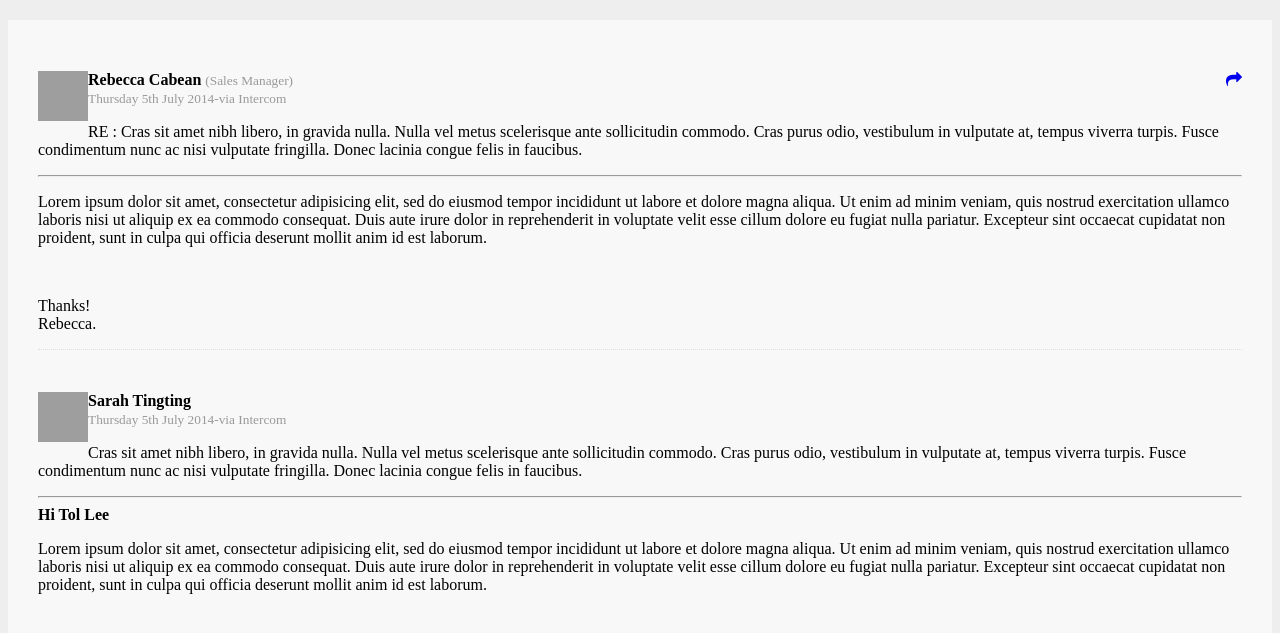
Repository: navang/JJAM_project
Page: http://localhost/jjam/WEB-INF/views/jjam_6_mypage_letter.jsp
These files come from the project's save history. The page is drawn as it stood at one moment and after the next save; the edit follows.
The browser window is 1280 px wide. The pictures show the whole page.
Pictures or frames that could not be fetched are drawn as grey boxes. Some web libraries are served in a nearby version. The page is served by Tomcat 9. Nobody is signed in. Other server files are loaded and not shown. The template is opened directly, without the code that normally fills it, so the values that code supplies are empty.

Above is the page before, as saved 2019-07-20 04:58:21.

### jjam/src/main/webapp/WEB-INF/views/jjam_6_mypage_letter.jsp
<%@ page language="java" contentType="text/html; charset=UTF-8"
    pageEncoding="UTF-8"%>
<!DOCTYPE html>
<html>
<head>
<meta charset="UTF-8">
<link href="https://maxcdn.bootstrapcdn.com/font-awesome/4.3.0/css/font-awesome.min.css" rel="stylesheet">
<style>
body{margin-top:20px;
background:#eee;
}

/* ========================================================================
 * MESSAGES
 * ======================================================================== */
.message form {
  padding: 6px 15px;
  background-color: #FAFAFA;
  border-bottom: 1px solid #E6EBED;
}
.message form .has-icon .form-control-icon {
  position: absolute;
  z-index: 5;
  top: 0;
  right: 0;
  width: 34px;
  line-height: 33px;
  text-align: center;
  color: #777;
}
.message > a {
  position: relative;
}
.message .indicator {
  text-align: center;
}
.message .indicator .spinner {
  left: 26%;
  width: 200px;
  font-size: 13px;
  line-height: 17px;
  color: #999;
}

.message-wrapper {
  position: relative;
  padding: 0px;
  background-color: #ffffff;
  margin: 0px;
}
.message-wrapper .message-sideleft {
  vertical-align: top !important;
}
.message-wrapper .message-sideleft[class*="col-"] {
  padding-right: 0px;
  padding-left: 0px;
}
.message-wrapper .message-sideright {
  background-color: #f8f8f8;
}
.message-wrapper .message-sideright[class*="col-"] {
  padding: 30px;
}
.message-wrapper .message-sideright .panel {
  border-top: 1px dotted #DDD;
  padding-top: 20px;
}
.message-wrapper .message-sideright .panel:first-child {
  border-top: none;
  padding-top: 0px;
}
.message-wrapper .message-sideright .panel .panel-heading {
  border-bottom: none;
}
.message-wrapper .panel {
  background-color: transparent !important;
  -moz-box-shadow: none !important;
  -webkit-box-shadow: none !important;
  box-shadow: none !important;
}
.message-wrapper .panel .panel-heading, .message-wrapper .panel .panel-body {
  background-color: transparent !important;
}
.message-wrapper .media .media-body {
  font-weight: 300;
}
.message-wrapper .media .media-heading {
  margin-bottom: 0px;
}
.message-wrapper .media small {
  color: #999999;
  font-weight: 400;
}

.list-message .list-group-item {
  padding: 15px;
  color: #999999 !important;
  border-right: 3px solid #8CC152 !important;
}
.list-message .list-group-item.active {
  background-color: #EEEEEE;
  border-bottom: 1px solid #DDD !important;
}
.list-message .list-group-item.active p {
  color: #999999 !important;
}
.list-message .list-group-item.active:hover, .list-message .list-group-item.active:focus, .list-message .list-group-item.active:active {
  background-color: #EEEEEE;
}
.list-message .list-group-item small {
  font-size: 12px;
}
.list-message .list-group-item .list-group-item-heading {
  color: #999999 !important;
}
.list-message .list-group-item .list-group-item-text {
  margin-bottom: 10px;
}
.list-message .list-group-item:last-child {
  -moz-border-radius: 0px;
  -webkit-border-radius: 0px;
  border-radius: 0px;
  border-bottom: 1px solid #DDD !important;
}
.avatar{
    width:50px;
    height:50px;
}


</style>
<title>Insert title here</title>

</head>
<body>
<div class="container">
<div class="row message-wrapper rounded shadow mb-20">
    <div class="col-md-4 message-sideleft">
        <div class="panel">
            <div class="panel-heading">
<!--                 <div class="pull-left"> -->
<!--                     <h3 class="panel-title">Conversations</h3> -->
<!--                 </div> -->
<!--                 <div class="pull-right"> -->
<!--                     <div class="btn-group"> -->
<!--                         <button type="button" class="btn btn-sm btn-success">All Sources</button> -->
<!--                         <button type="button" class="btn btn-sm btn-success dropdown-toggle" data-toggle="dropdown"> -->
<!--                             <span class="caret"></span> -->
<!--                             <span class="sr-only">Toggle Dropdown</span> -->
<!--                         </button> -->
<!--                         <ul class="dropdown-menu pull-right" role="menu"> -->
<!--                             <li><a href="#"><i class="fa fa-download"></i> Inbox</a></li> -->
<!--                             <li><a href="#"><i class="fa fa-upload"></i> Outbox</a></li> -->
<!--                             <li><a href="#"><i class="fa fa-trash-o"></i> Trash</a></li> -->
<!--                             <li class="divider"></li> -->
<!--                             <li><a href="#"><i class="fa fa-briefcase"></i> Other</a></li> -->
<!--                         </ul> -->
<!--                     </div> -->
<!--                 </div> -->
<!--                 <div class="clearfix"></div> -->
<!--             </div>/.panel-heading -->
<!--             <div class="panel-body no-padding"> -->
<!--                 <div class="list-group no-margin list-message"> -->
<!--                     <a href="#" class="list-group-item"> -->
<!--                         <h4 class="list-group-item-heading">Jeck Joko <small>Yesterday at 15:45</small></h4> -->
<!--                         <p class="list-group-item-text"> -->
<!--                             Ticket #78: <strong>Problems with custom CSS3</strong> -->
<!--                         </p> -->
<!--                         <span class="label label-success pull-right">SOLVED</span> -->
<!--                         <div class="clearfix"></div> -->
<!--                     </a> -->
<!--                     <a href="#" class="list-group-item active"> -->
<!--                         <h4 class="list-group-item-heading">Toni Miring <small>Sunday at 12:33</small></h4> -->
<!--                         <p class="list-group-item-text">Ticket #43: <strong>How do i use something</strong></p> -->
<!--                         <span class="label label-success pull-right rounded">SOLVED</span> -->
<!--                         <div class="clearfix"></div> -->
<!--                     </a> -->
<!--                     <a href="#" class="list-group-item"> -->
<!--                         <h4 class="list-group-item-heading">Bella Negoro <small>Sunday at 12:33</small></h4> -->
<!--                         <p class="list-group-item-text">Ticket #15: <strong>Why doesn't my cheese work properly? :(</strong></p> -->
<!--                         <span class="label label-default pull-right circle">OPEN</span> -->
<!--                         <div class="clearfix"></div> -->
<!--                     </a> -->
<!--                     <a href="#" class="list-group-item"> -->
<!--                         <h4 class="list-group-item-heading">Daddy Botak <small>Sunday at 12:33</small></h4> -->
<!--                         <p class="list-group-item-text">Can i have longer on my free trial please?</p> -->
<!--                     </a> -->
<!--                 </div>/.list-group -->
            </div><!-- /.panel-body -->
        </div><!--  /.panel-->
    </div> <!-- /.message-sideleft -->
    <div class="col-md-8 message-sideright">
        <div class="panel">
            <div class="panel-heading">
                <div class="media">
                    <a href="mail-compose.html" class="btn btn-danger pull-right rounded"><i class="fa fa-share"></i></a>
                    <a class="pull-left" href="#">
                        <img src="https://bootdey.com/img/Content/avatar/avatar1.png" alt="Rebecca Cabean" class="img-circle avatar">
                    </a>
                    <div class="media-body">
                        <h4 class="media-heading">Rebecca Cabean <small>(Sales Manager)</small></h4>
                        <small>Thursday 5th July 2014-via Intercom</small>
                    </div>
                </div>
            </div><!-- /.panel-heading -->
            <div class="panel-body">
                <p class="lead">
                    RE : Cras sit amet nibh libero, in gravida nulla. Nulla vel metus scelerisque ante sollicitudin commodo. Cras purus odio, vestibulum in vulputate at, tempus viverra turpis. Fusce condimentum nunc ac nisi vulputate fringilla. Donec lacinia congue felis in faucibus.
                </p>
                <hr>
                <p>
                    Lorem ipsum dolor sit amet, consectetur adipisicing elit, sed do eiusmod tempor incididunt ut labore et dolore magna aliqua. Ut enim ad minim veniam, quis nostrud exercitation ullamco laboris nisi ut aliquip ex ea commodo consequat. Duis aute irure dolor in reprehenderit in voluptate velit esse cillum dolore eu fugiat nulla pariatur. Excepteur sint occaecat cupidatat non proident, sunt in culpa qui officia deserunt mollit anim id est laborum.
                </p>
                <br>
                <p>
                    Thanks! <br>
                    Rebecca.
                </p>
            </div><!-- /.panel-body -->
        </div><!-- /.panel -->
        <div class="panel">
            <div class="panel-heading">
                <div class="media">
                    <a class="pull-left" href="#">
                        <img src="https://bootdey.com/img/Content/avatar/avatar6.png" alt="sarah tingting" class="img-circle avatar">
                    </a>
                    <div class="media-body">
                        <h4 class="media-heading">Sarah Tingting</h4>
                        <small>Thursday 5th July 2014-via Intercom</small>
                    </div>
                </div>
            </div><!-- /.panel-heading -->
            <div class="panel-body">
                <p class="lead">
                    Cras sit amet nibh libero, in gravida nulla. Nulla vel metus scelerisque ante sollicitudin commodo. Cras purus odio, vestibulum in vulputate at, tempus viverra turpis. Fusce condimentum nunc ac nisi vulputate fringilla. Donec lacinia congue felis in faucibus.
                </p>
                <hr>
                <strong>Hi Tol Lee</strong>
                <p>
                    Lorem ipsum dolor sit amet, consectetur adipisicing elit, sed do eiusmod tempor incididunt ut labore et dolore magna aliqua. Ut enim ad minim veniam, quis nostrud exercitation ullamco laboris nisi ut aliquip ex ea commodo consequat. Duis aute irure dolor in reprehenderit in voluptate velit esse cillum dolore eu fugiat nulla pariatur. Excepteur sint occaecat cupidatat non proident, sunt in culpa qui officia deserunt mollit anim id est laborum.
                </p>
            </div><!-- /.panel-body -->
        </div><!-- /.panel -->
    </div><!-- /.message-sideright -->
</div>
</div>


</body>
</html>

After the next save:
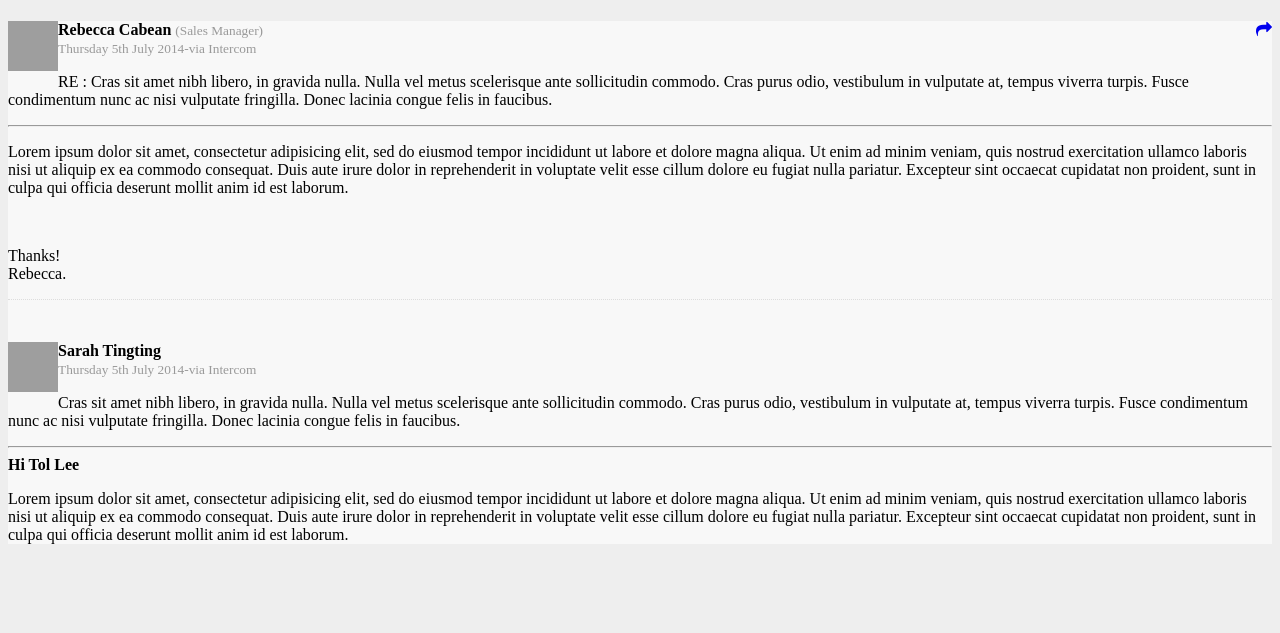
Saved 105 s later.
--- a/jjam/src/main/webapp/WEB-INF/views/jjam_6_mypage_letter.jsp
+++ b/jjam/src/main/webapp/WEB-INF/views/jjam_6_mypage_letter.jsp
@@ -59,7 +59,7 @@ background:#eee;
   background-color: #f8f8f8;
 }
 .message-wrapper .message-sideright[class*="col-"] {
-  padding: 30px;
+/*   padding: 30px; */
 }
 .message-wrapper .message-sideright .panel {
   border-top: 1px dotted #DDD;
